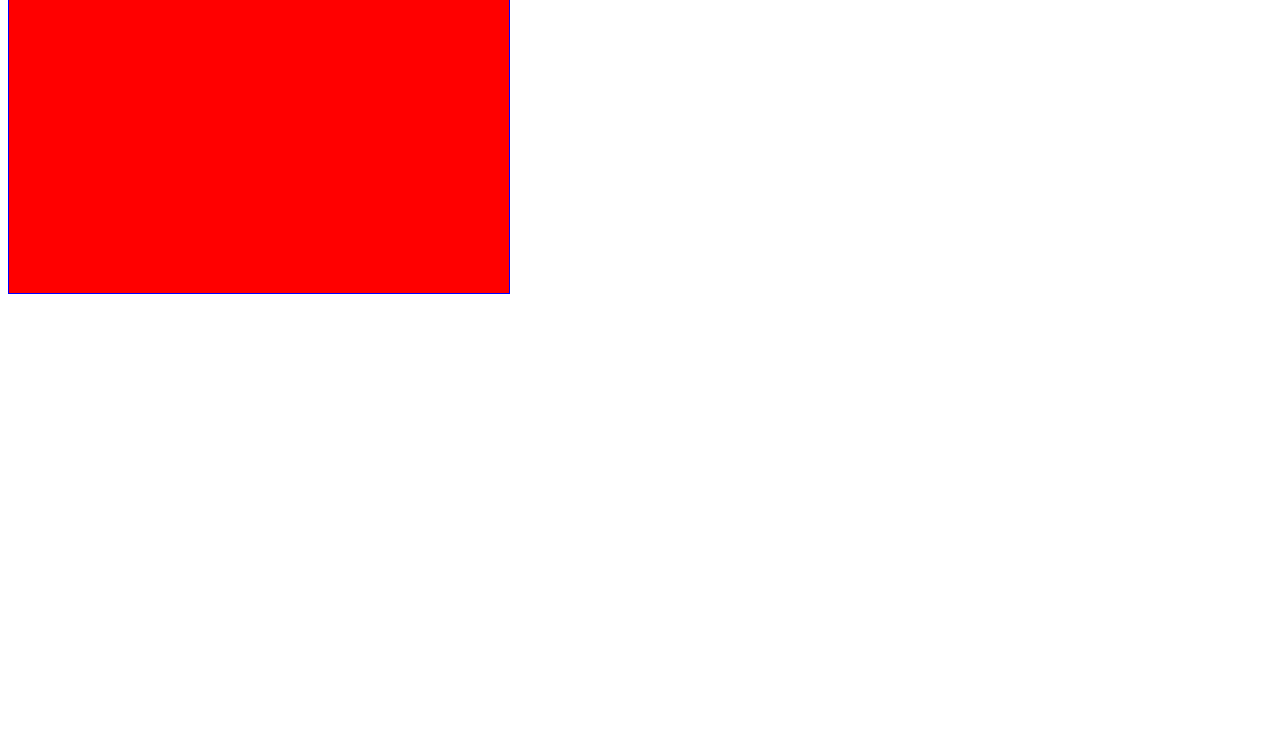
Repository: piyushiso/piyushiso.github.io
Page: random/daynight/index.html
An editor plug-in stored every save of this project. The page is shown before and after the next save, followed by the edit.
The browser window is 1280 px wide. The page is 1288 px wide, so the pictures cover 1288 px, including what lies to the right of the window. The pictures show the whole page.

Above is the page before, as saved 2022-05-23 16:04:13.

After the next save:
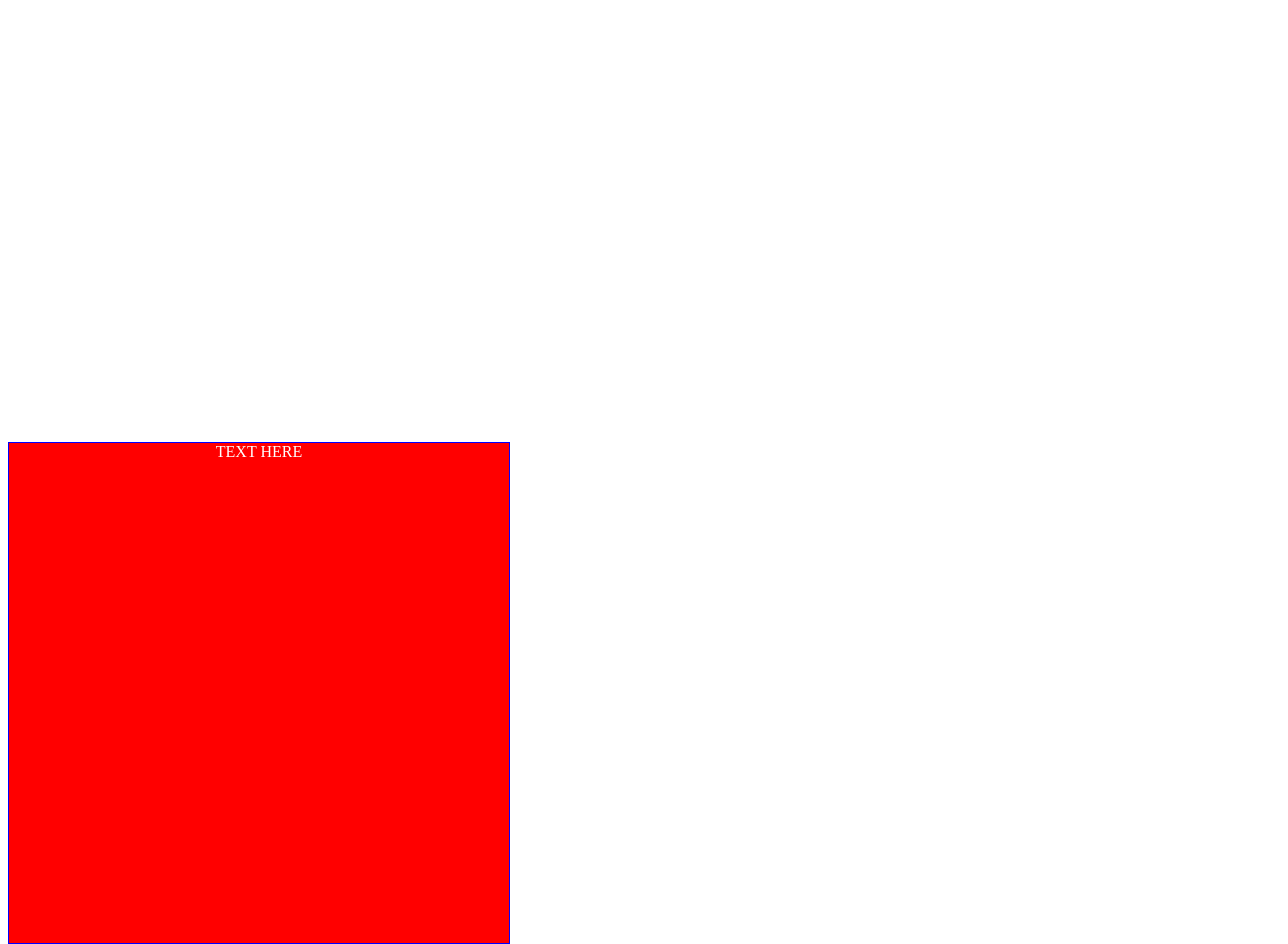
Saved 4 s later.
--- a/random/daynight/styles/style.css
+++ b/random/daynight/styles/style.css
@@ -13,7 +13,7 @@
     width: 500px;
     border: solid thin blue;
     position: absolute;
-    top: -30%;
+    bottom: -30%;
     text-align: center;
     color: white;
 }
